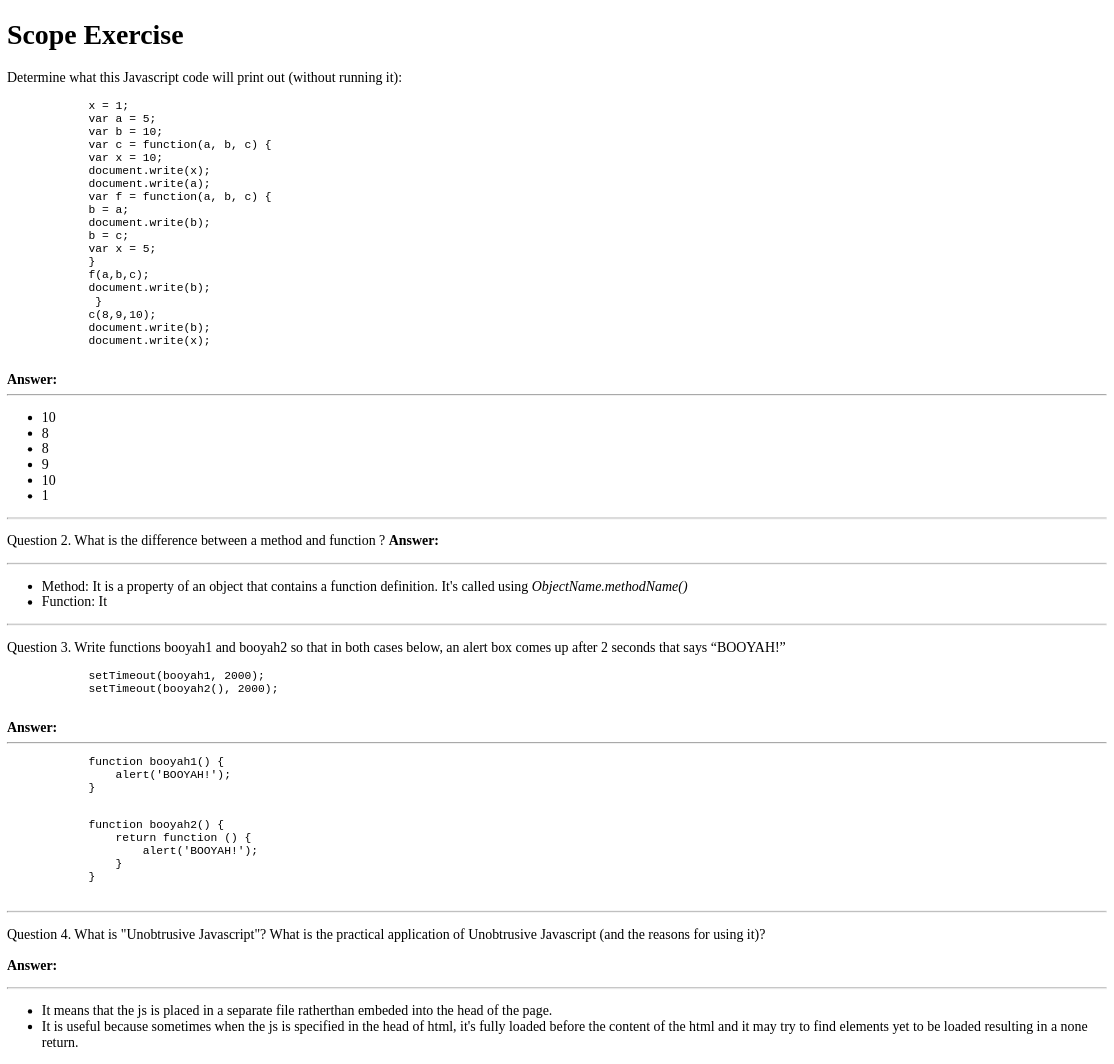
Repository: bethelbahiru/WAP
Page: Homework3/scope.html
An editor plug-in stored every save of this project. The page is shown before and after the next save, followed by the edit.
The browser window is 1280 px wide. The pictures show the whole page, at 87% of full size.

Above is the page before, as saved 2022-01-18 15:52:27.

### Homework3/scope.html
<!DOCTYPE html>
<html lang="en">
<head>
    <meta charset="UTF-8">
    <meta http-equiv="X-UA-Compatible" content="IE=edge">
    <meta name="viewport" content="width=device-width, initial-scale=1.0">
    <title>Scope Exercise</title>
</head>
<body>
    <h1><strong>Scope Exercise</strong></h1>
    <p> Determine what this Javascript code will print out (without running it):
        <pre>
            x = 1;
            var a = 5;
            var b = 10;
            var c = function(a, b, c) {
            var x = 10;
            document.write(x);
            document.write(a);
            var f = function(a, b, c) {
            b = a;
            document.write(b);
            b = c;
            var x = 5;
            }
            f(a,b,c);
            document.write(b);
             }
            c(8,9,10);
            document.write(b);
            document.write(x);
        </pre>

        <strong>Answer:</strong>
        <hr>
        <ul>
            <li>10</li>
            <li>8</li>
            <li>8</li>
            <li>9</li>
            <li>10</li>
            <li>1</li>
        </ul>
    </p>
    <hr>
    <p>Question 2.  What is the difference between a method and function ?

        <strong>Answer:</strong>
        <hr>
        <ul>
            <li>Method: It is a property of an object that contains a function definition. It's called using <em>ObjectName.methodName()</em></li>
            <li>Function: It</li>
        </ul>
    </p>
    <hr>
    <p>Question 3. Write functions booyah1 and booyah2 so that in both cases below, an alert box comes up after 2 seconds that
        says “BOOYAH!”
        <pre>
            setTimeout(booyah1, 2000);
            setTimeout(booyah2(), 2000);
        </pre>
        <strong>Answer:</strong>
        <hr>
        <pre>
            function booyah1() {
                alert('BOOYAH!');
            }
        </pre>
        <pre>
            function booyah2() {
                return function () {
                    alert('BOOYAH!');
                }
            }
        </pre>
    </p>
    <hr>
    <p>Question 4. What is "Unobtrusive Javascript"? What is the practical application of Unobtrusive Javascript (and the reasons
        for using it)?
        <br/>
        <br/>
        <strong>Answer:</strong>
        <hr>
        <ul>
            <li>It means that the js is placed in a separate file ratherthan embeded into the head of the page.</li>
            <li>It is useful because sometimes when the js is specified in the head of html, it's fully loaded before the content of the html and it may try to find elements yet to be loaded resulting in a none return.</li>
        </ul>
    </p>

</body>
</html>

After the next save:
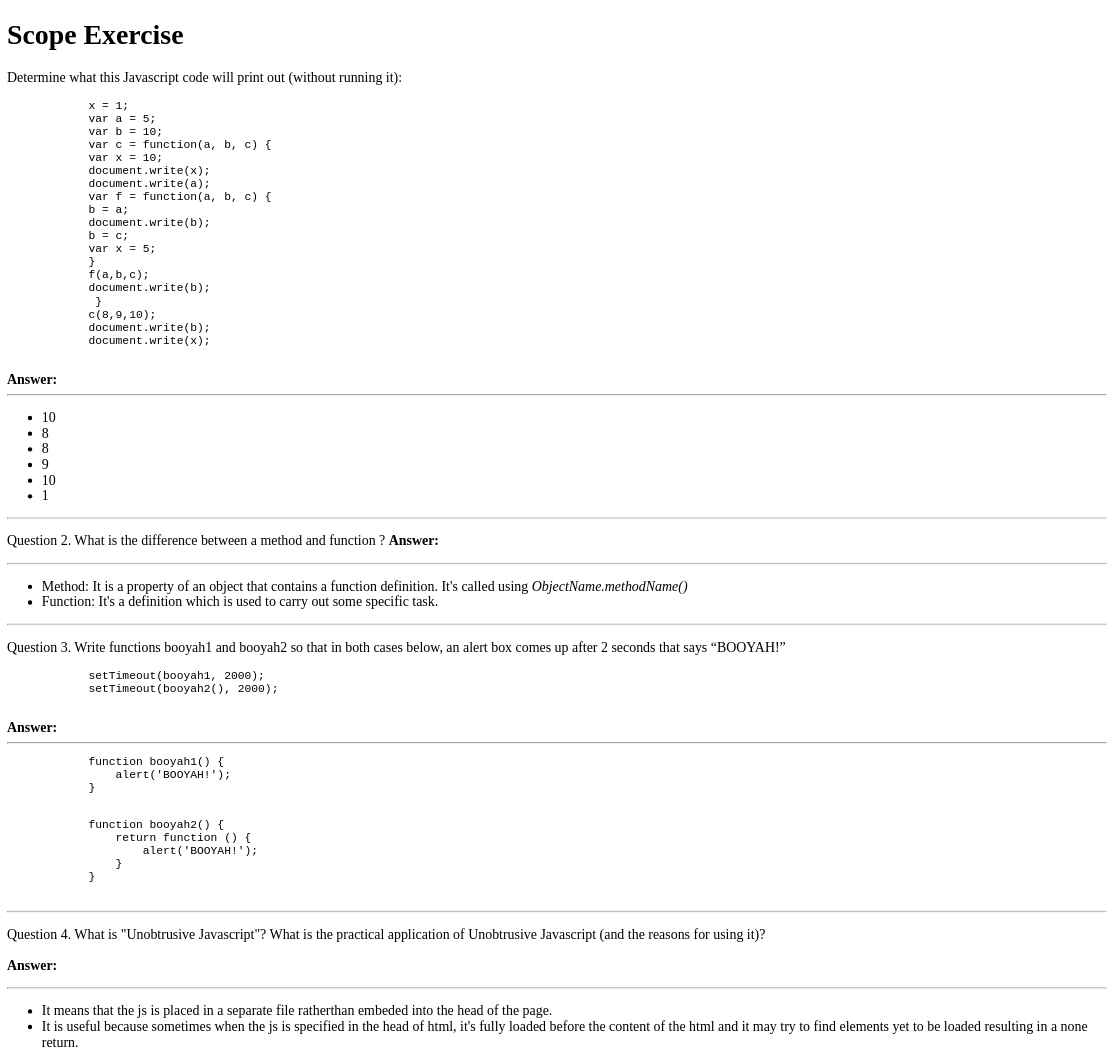
Saved 16 s later.
--- a/Homework3/scope.html
+++ b/Homework3/scope.html
@@ -49,7 +49,7 @@
         <hr>
         <ul>
             <li>Method: It is a property of an object that contains a function definition. It's called using <em>ObjectName.methodName()</em></li>
-            <li>Function: It</li>
+            <li>Function: It's a definition which is used to carry out some specific task.</li>
         </ul>
     </p>
     <hr>
